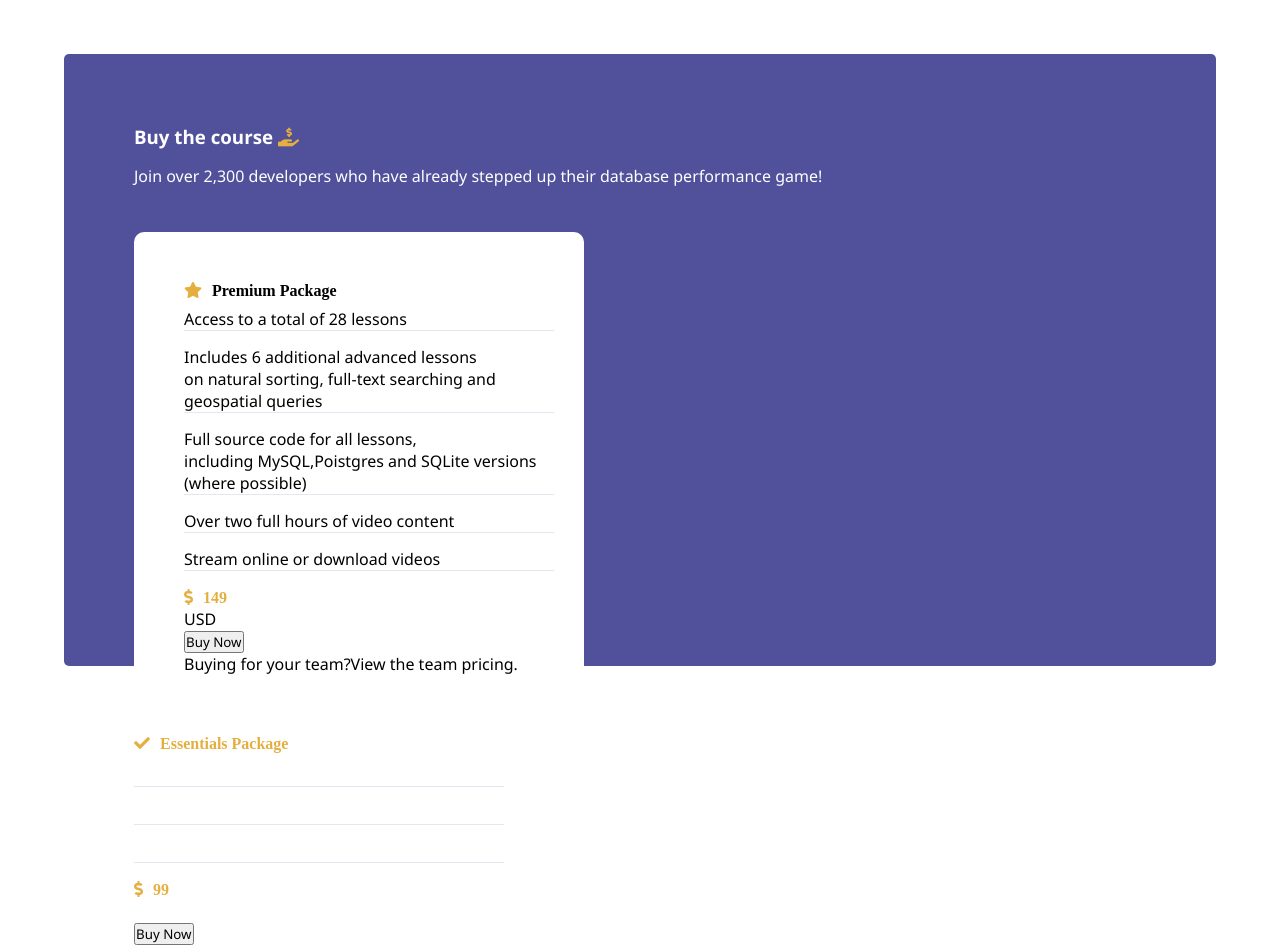
Repository: Z-ayat/Challenges
Page: Challenge 4/index.html
An editor plug-in stored every save of this project. The page is shown before and after the next save, followed by the edit.
The browser window is 1280 px wide. The pictures show the whole page.

Above is the page before, as saved 2021-09-07 01:29:05.

### Challenge 4/index.html
<!DOCTYPE html>

<head>
    <meta charset="UTF-8">
    <title>Course Offer Box</title>
    <link rel="stylesheet" href="styling/css/master.css">
    <link rel="stylesheet" href="styling/css/all.min.css">
    <link rel="preconnect" href="https://fonts.googleapis.com">
    <link rel="preconnect" href="https://fonts.gstatic.com" crossorigin>
    <link href="https://fonts.googleapis.com/css2?family=Cairo:wght@400;600;700;900&display=swap" rel="stylesheet">
</head>

<body>
    <div class="container">
        <div class="layout">
            <div class="head">
                <h3>Buy the course <i class="fas fa-hand-holding-usd" style="color: #FFC83D;"></i></h3>
                <p class="join">Join over 2,300 developers who have already stepped up their database performance game!</p>
            </div>
            <div class="prem-pack">
                <p class="headtitle fas fa-star">Premium Package</p>
                <p class="specs">Access to a total of 28 lessons</p>
                <p class="specs"><span class="import">Includes 6 additional advanced lessons</span> on natural sorting, full-text searching and geospatial queries</p>
                <p class="specs"><span class="import"> Full source code for all lessons,</span>including MySQL,Poistgres and SQLite versions (where possible)</span>
                </p>
                <p class="specs">Over two full hours of video content</p>
                <p class="specs">Stream online or download videos</p>
                <i class="fas fa-dollar-sign">149</i>
                <p class="usd">USD</p>
                <button>Buy Now</button>
                <p class="buyalign">Buying for your team? <a href="#">View the team pricing.</a></p>
            </div>
            <div class="ess-pack">
                <p class="headtitle fas fa-check">Essentials Package</p>
                <p class="specs"><span class="import">Access to the first 22 lessons</span></p>
                <p class="specs">Just under two hours of video content</p>
                <p class="specs">Stream online or download videos</p>
                <i class="fas fa-dollar-sign">99</i>
                <p class="usd">USD</p>
                <button>Buy Now</button>
            </div>
        </div>
</body>

</html>

### Challenge 4/styling/css/master.css
* {
    box-sizing: border-box;
    padding: 0;
    margin: 0;
    font-family: 'Segoe UI', Tahoma, Geneva, Verdana, sans-serif;
}

*::before {
    display: inline-block;
    color: #E5AF40;
    margin-right: 10px;
}

*::after {
    display: inline-block;
    color: #E5AF40;
}

a,
a:focus {
    text-decoration: none;
    cursor: default;
    color: black;
    font-weight: 500;
}

span {
    font-weight: 500;
    display: inline-block !important;
}

:root {
    --clrbg: #51509B;
    --clrhead: #404B5F;
    --clrprice: #4A5568;
    --clrbodyfont: #FFFFFF;
    --facolor: #E5AF40;
    --packb4bordshdw: #FFEABE;
}

body {
    display: flex;
    justify-content: center;
    align-items: center;
    height: 100vh;
}

.container {
    display: grid;
    width: 90%;
    height: 85%;
    background-color: var(--clrbg);
    border-radius: 5px;
    color: var(--clrbodyfont);
    padding: 70px 70px;
}

.head {
    margin-bottom: 45px;
}

.head h3 {
    margin-bottom: 1rem;
    font-size: 2..5rem;
}

.prem-pack {
    background-color: #FFFFFF;
    height: 500px;
    width: 450px;
    padding: 50px;
    border-radius: 10px;
    -webkit-border-radius: 10px;
    -moz-border-radius: 10px;
    -ms-border-radius: 10px;
    -o-border-radius: 10px;
}

.prem-pack p {
    color: black;
    display: flex;
    flex-wrap: wrap;
}

.specs {
    width: 35px;
    margin-top: 10px;
    margin-bottom: 15px;
    overflow-wrap: break-word;
    width: 370px;
    border-bottom: solid 1px #E2E8F0;
}

.fas {
    color: var(--facolor)
}

Loaded but not shown: Challenge 4/styling/css/all.min.css (library)

After the next save:
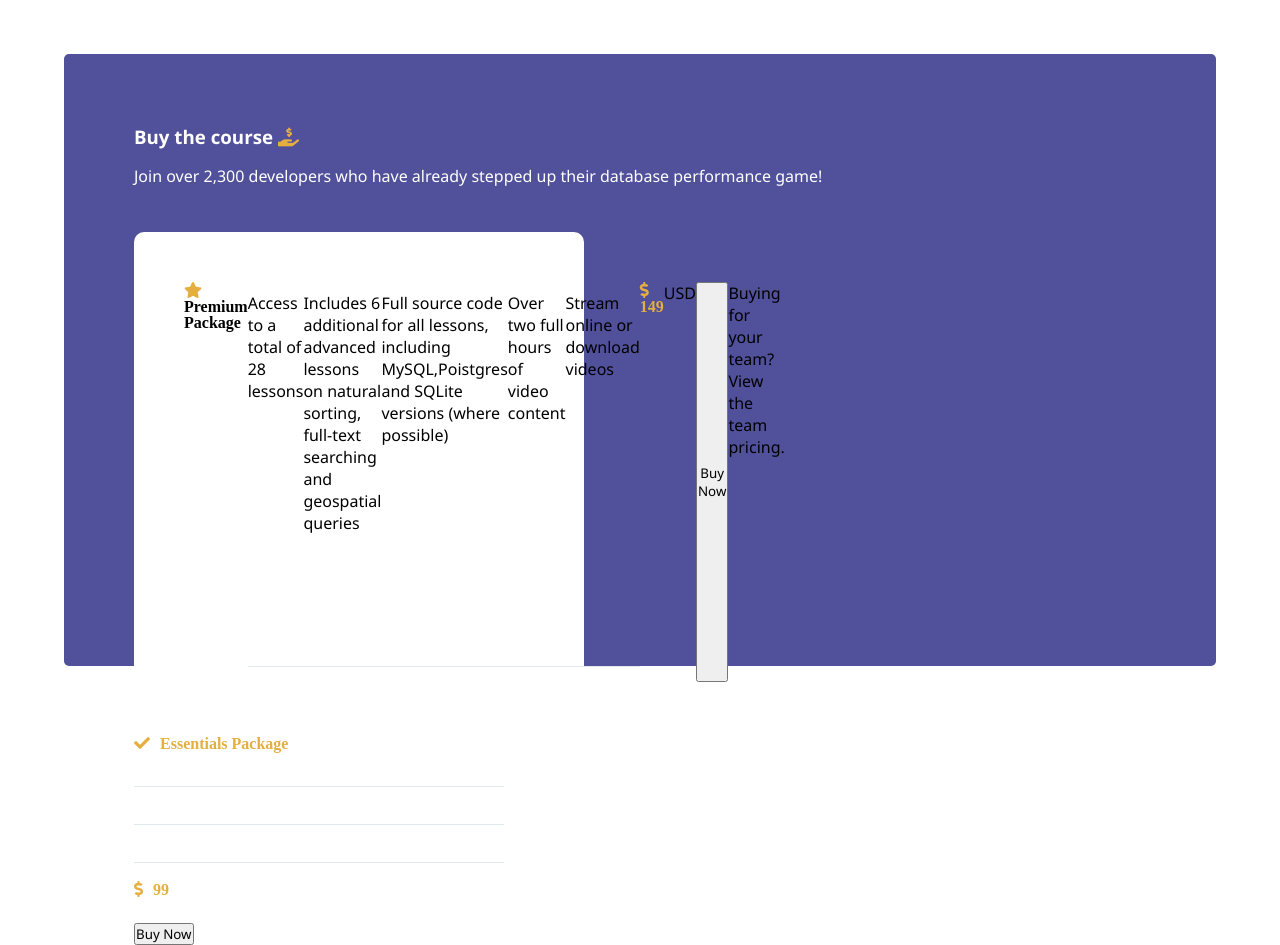
Saved 31 s later.
--- a/Challenge 4/styling/css/master.css
+++ b/Challenge 4/styling/css/master.css
@@ -70,6 +70,7 @@ body {
     width: 450px;
     padding: 50px;
     border-radius: 10px;
+    display: flex;
     -webkit-border-radius: 10px;
     -moz-border-radius: 10px;
     -ms-border-radius: 10px;
@@ -78,7 +79,6 @@ body {
 
 .prem-pack p {
     color: black;
-    display: flex;
     flex-wrap: wrap;
 }
 
